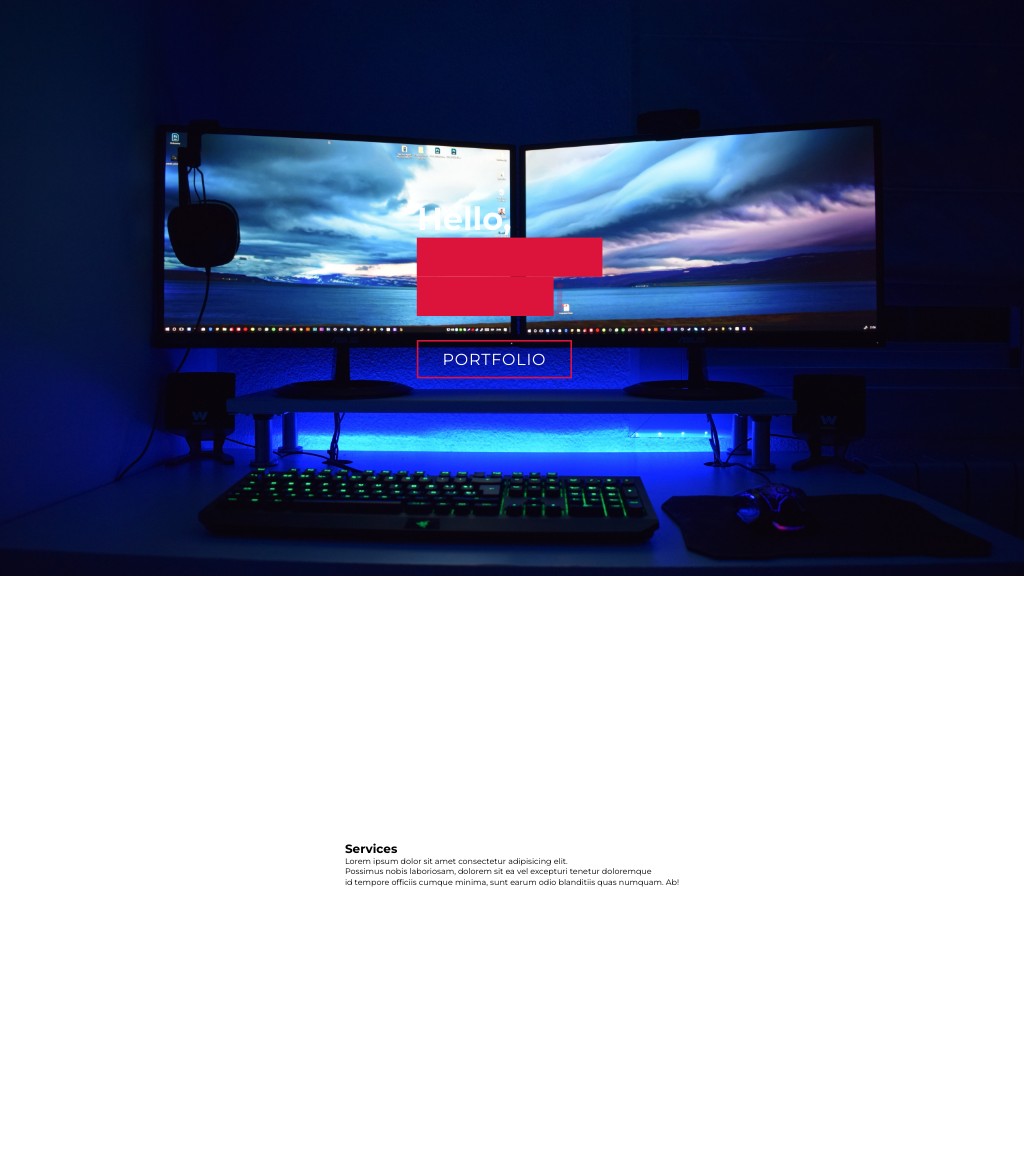
Repository: MintuKrishnan/subrahmanyam-batch
Page: front-end/deshraj/index.html
An editor plug-in stored every save of this project. The page is shown before and after the next save, followed by the edit.
The browser window is 1280 px wide. The pictures show the whole page, at 80% of full size.

Above is the page before, as saved 2021-03-08 09:45:35.

After the next save:
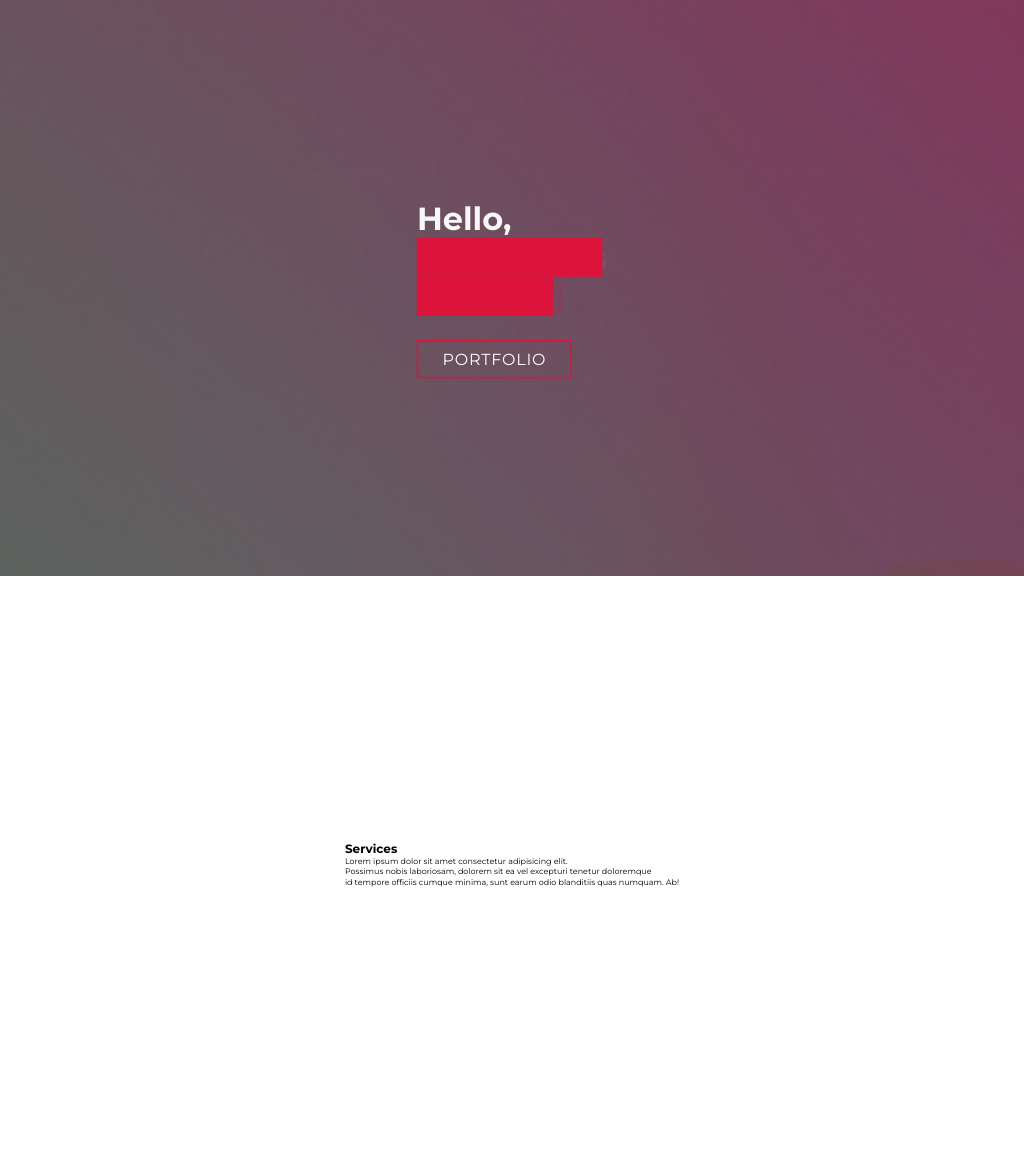
Saved 28 s later.
--- a/front-end/deshraj/style.css
+++ b/front-end/deshraj/style.css
@@ -28,9 +28,9 @@ a {
       rgba(145, 146, 122, 0.62),
       rgba(217, 91, 132, 0.58)
     ),
-    url('https://media.geeksforgeeks.org/wp-content/cdn-uploads/20190710102234/download3.png');
-  background-image: url('./siteimg.jpg');
-  background-size: cover;
+    url('./siteimg.jpg');
+  /* background-image: url('./siteimg.jpg');
+  background-size: cover; */
   /* background-position: top center;
   position: relative; */
   /* z-index: 1; */
